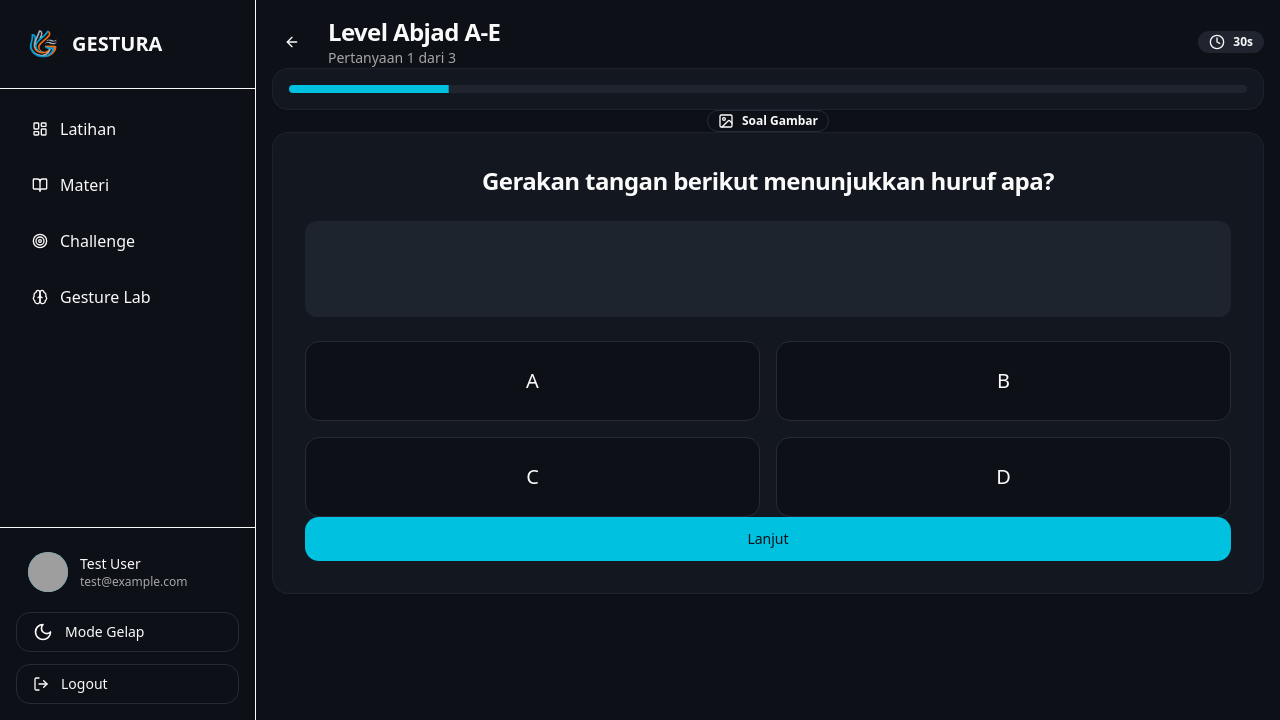
Repository: Tisna7/GESTURA
Page: http://localhost/latihan-isi-1
An editor plug-in stored every save of this project. The page is shown before and after the next save, followed by the edit.
The browser window is 1280 px wide. The pictures show the whole page.
Pictures or frames that could not be fetched are drawn as grey boxes. The page is served by the project's Laravel application, run on PHP 8.4 with Laravel 12. A made-up administrator, Test User (test@example.com), is signed in. Other server files are loaded and not shown. Style sheets and scripts are compiled from the project's sources, by tool versions that may differ from the author's.

Above is the page before, as saved 2025-11-23 21:43:21.

### app/Providers/AppServiceProvider.php
<?php

namespace App\Providers;

use Illuminate\Support\ServiceProvider;

class AppServiceProvider extends ServiceProvider
{
    /**
     * Register any application services.
     */
    public function register(): void
    {

    }

    /**
     * Bootstrap any application services.
     */
    public function boot(): void
    {

    }
}

### routes/web.php
<?php

use Illuminate\Support\Facades\Route;
use App\Http\Controllers\AuthController;
use App\Http\Controllers\ProfileController;

Route::get('/', function () {
    return view('landingpage');
});

Route::get('/auth', [AuthController::class, 'showPage'])->name('auth.page');

// Route::post('/register', [AuthController::class, 'register'])->name('register');

// Route::post('/login', [AuthController::class, 'login'])->name('login');
// Route::post('/logout', [AuthController::class, 'logout'])->name('logout');


// REGISTER
Route::post('/register', [AuthController::class, 'register'])->name('auth.register');

// LOGIN
Route::post('/login', [AuthController::class, 'login'])->name('auth.login');

// LOGIN GUEST
Route::get('/login/guest', [AuthController::class, 'loginGuest'])->name('auth.guest');

// LOGOUT
Route::get('/logout', [AuthController::class, 'logout'])->name('auth.logout');


Route::get('/profile/edit', [ProfileController::class, 'edit'])->name('profile.edit');
Route::put('/profile/update', [ProfileController::class, 'update'])->name('profile.update');


Route::get('/profile', function () {
    return view('user.profile');
});
Route::get('/materi', function () {
    return view('user.materi');
});
Route::get('/gesturelab', function () {
    return view('user.gesture-lab-practice');
});
Route::get('/gesture-lab-translate', function () {
    return view('user.gesture-lab-translate');
});
Route::get('/materi-isi', function () {
    return view('user.materi-isi');
});
Route::get('/latihan', function () {
    return view('user.quiz');
});
Route::get('/latihan-isi-1', function () {
    return view('user.quiz-isi-1');
});
Route::get('/latihan-isi-2', function () {
    return view('user.quiz-isi-2');
});
Route::get('/latihan-isi-3', function () {
    return view('user.quiz-isi-3');
});
Route::get('/latihan-isi-4', function () {
    return view('user.quiz-isi-4');
});
Route::get('/Challenge', function () {
    return view('user.challenge');
});
Route::get('/Challenge-isi', function () {
    return view('user.challenge-isi');
});

### resources/views/user/quiz-isi-1.blade.php
@extends('app')
@section('title', 'Dashboard')

@section('content')
        <x-sidebar-user></x-sidebar-user>

<main class="lg:ml-64 min-h-screen pt-16 lg:pt-0">
    <div class="p-4 md:p-8">
        <div class="flex items-center justify-between">
            <div class="flex items-center gap-4"><button
                    class="inline-flex items-center justify-center gap-2 whitespace-nowrap rounded-md text-sm font-medium ring-offset-background transition-colors focus-visible:outline-none focus-visible:ring-2 focus-visible:ring-ring focus-visible:ring-offset-2 disabled:pointer-events-none disabled:opacity-50 [&amp;_svg]:pointer-events-none [&amp;_svg]:size-4 [&amp;_svg]:shrink-0 hover:bg-accent hover:text-accent-foreground h-10 w-10"><svg
                        xmlns="http://www.w3.org/2000/svg" width="24" height="24" viewBox="0 0 24 24" fill="none"
                        stroke="currentColor" stroke-width="2" stroke-linecap="round" stroke-linejoin="round"
                        class="lucide lucide-arrow-left h-5 w-5">
                        <path d="m12 19-7-7 7-7"></path>
                        <path d="M19 12H5"></path>
                    </svg></button>
                <div>
                    <h1 class="text-2xl font-bold">Level Abjad A-E</h1>
                    <p class="text-sm text-muted-foreground">Pertanyaan 1 dari 3</p>
                </div>
            </div>
            <div
                class="inline-flex items-center rounded-full border px-2.5 py-0.5 text-xs font-semibold transition-colors focus:outline-none focus:ring-2 focus:ring-ring focus:ring-offset-2 border-transparent bg-secondary text-secondary-foreground hover:bg-secondary/80 gap-2">
                <svg xmlns="http://www.w3.org/2000/svg" width="24" height="24" viewBox="0 0 24 24" fill="none"
                    stroke="currentColor" stroke-width="2" stroke-linecap="round" stroke-linejoin="round"
                    class="lucide lucide-clock h-4 w-4">
                    <circle cx="12" cy="12" r="10"></circle>
                    <polyline points="12 6 12 12 16 14"></polyline>
                </svg>30s</div>
        </div>
        <div class="rounded-lg border text-card-foreground shadow-sm p-4 bg-card border-border/50">
            <div aria-valuemax="100" aria-valuemin="0" role="progressbar" data-state="indeterminate" data-max="100"
                class="relative w-full overflow-hidden rounded-full bg-secondary h-2">
                <div data-state="indeterminate" data-max="100" class="h-full w-full flex-1 bg-primary transition-all"
                    style="transform: translateX(-83.3333%);"></div>
            </div>
        </div>
        <div class="flex justify-center">
            <div
                class="inline-flex items-center rounded-full border px-2.5 py-0.5 text-xs font-semibold transition-colors focus:outline-none focus:ring-2 focus:ring-ring focus:ring-offset-2 text-foreground gap-2">
                <svg xmlns="http://www.w3.org/2000/svg" width="24" height="24" viewBox="0 0 24 24" fill="none"
                    stroke="currentColor" stroke-width="2" stroke-linecap="round" stroke-linejoin="round"
                    class="lucide lucide-image h-4 w-4">
                    <rect width="18" height="18" x="3" y="3" rx="2" ry="2"></rect>
                    <circle cx="9" cy="9" r="2"></circle>
                    <path d="m21 15-3.086-3.086a2 2 0 0 0-2.828 0L6 21"></path>
                </svg>Soal Gambar</div>
        </div>
        <div class="rounded-lg border text-card-foreground shadow-sm p-8 bg-card border-border/50">
            <div class="space-y-6">
                <h2 class="text-2xl font-bold text-center">Gerakan tangan berikut menunjukkan huruf apa?</h2>
                <div class="bg-muted/50 rounded-xl p-12 flex items-center justify-center">
                    <div class="text-9xl"><img src="{{ asset('image/A.png') }}" alt=""></div>
                </div>


                <div class="grid grid-cols-2 gap-4">
    <button type="button"
        class="answer-btn inline-flex items-center justify-center gap-2 whitespace-nowrap font-medium border border-input bg-background hover:bg-accent hover:text-accent-foreground rounded-md px-8 h-20 text-xl"
        data-answer="A">
        A
    </button>

    <button type="button"
        class="answer-btn inline-flex items-center justify-center gap-2 whitespace-nowrap font-medium border border-input bg-background hover:bg-accent hover:text-accent-foreground rounded-md px-8 h-20 text-xl"
        data-answer="B">
        B
    </button>

    <button type="button"
        class="answer-btn inline-flex items-center justify-center gap-2 whitespace-nowrap font-medium border border-input bg-background hover:bg-accent hover:text-accent-foreground rounded-md px-8 h-20 text-xl"
        data-answer="C">
        C
    </button>

    <button type="button"
        class="answer-btn inline-flex items-center justify-center gap-2 whitespace-nowrap font-medium border border-input bg-background hover:bg-accent hover:text-accent-foreground rounded-md px-8 h-20 text-xl"
        data-answer="D">
        D
    </button>
</div>



                <a href="/latihan-isi-2"><button class="inline-flex items-center justify-center gap-2 whitespace-nowrap text-sm font-medium ring-offset-background transition-colors focus-visible:outline-none focus-visible:ring-2 focus-visible:ring-ring focus-visible:ring-offset-2 disabled:pointer-events-none disabled:opacity-50 [&amp;_svg]:pointer-events-none [&amp;_svg]:size-4 [&amp;_svg]:shrink-0 bg-primary text-primary-foreground hover:bg-primary/90 h-11 rounded-md px-8 w-full hover-glow">Lanjut</button>
            </a>
        </div>
        </div>
    </div>
</main>

<script>
document.querySelectorAll('.answer-btn').forEach(btn => {
    btn.addEventListener('click', () => {

        // Reset semua tombol
        document.querySelectorAll('.answer-btn').forEach(b => {
            b.classList.remove('bg-primary', 'text-black', 'border-primary');
            b.classList.add('bg-background', 'border-input');
        });

        // Aktifkan tombol yang dipilih
        btn.classList.add('bg-primary', 'text-black', 'border-primary');
        btn.classList.remove('bg-background', 'border-input');
    });
});
</script>

@endsection

### resources/views/components/sidebar-user.blade.php
@php
    use Illuminate\Support\Facades\Auth;
@endphp



<aside
    class="fixed top-0 left-0 h-full bg-sidebar border-r border-sidebar-border shadow-medium z-40 transition-transform duration-300 -translate-x-full lg:translate-x-0 w-64">
    <div class="flex flex-col h-full">

        {{-- LOGO --}}
        <div class="lg:flex items-center gap-2 p-6 border-b border-sidebar-border">
            <div class="w-10 h-10 rounded-full bg-gradient-hero flex items-center justify-center shadow-soft">
                <img src="{{ asset('image/logo.png') }}" alt="MindCare Logo" class="w-8 h-8">
            </div>
            <div>
                <span class="text-xl font-bold bg-gradient-to-r from-primary to-accent bg-clip-text  block">
                    GESTURA
                </span>
            </div>
        </div>

        {{-- MENU --}}
        <nav class="flex-1 p-4 space-y-2 overflow-y-auto mt-10 lg:mt-0 ">

            {{-- Latihan --}}
            <a class="{{ request()->is('latihan') ? 'bg-sidebar-accent text-sidebar-accent-foreground font-medium shadow-soft'
                : 'text-sidebar-foreground hover:bg-sidebar-accent/50' }}
                flex items-center gap-3 px-4 py-3 rounded-xl transition-smooth"
                href="/latihan">

                <svg xmlns="http://www.w3.org/2000/svg" viewBox="0 0 24 24"
                    fill="none" stroke="currentColor" stroke-width="2"
                    stroke-linecap="round" stroke-linejoin="round"
                    class="lucide lucide-layout-dashboard w-4 h-4">
                    <rect width="7" height="9" x="3" y="3" rx="1"></rect>
                    <rect width="7" height="5" x="14" y="3" rx="1"></rect>
                    <rect width="7" height="9" x="14" y="12" rx="1"></rect>
                    <rect width="7" height="5" x="3" y="16" rx="1"></rect>
                </svg>

                <span>Latihan</span>
            </a>

            {{-- Materi --}}
            <a class="{{ request()->is('materi') ? 'bg-sidebar-accent text-sidebar-accent-foreground font-medium shadow-soft'
                : 'text-sidebar-foreground hover:bg-sidebar-accent/50' }}
                flex items-center gap-3 px-4 py-3 rounded-xl transition-smooth"
                href="/materi">

                <svg xmlns="http://www.w3.org/2000/svg" viewBox="0 0 24 24"
                    fill="none" stroke="currentColor" stroke-width="2"
                    stroke-linecap="round" stroke-linejoin="round"
                    class="lucide lucide-book-open w-4 h-4">
                    <path d="M12 7v14"></path>
                    <path
                        d="M3 18a1 1 0 0 1-1-1V4a1 1 0 0 1 1-1h5a4 4 0 0 1 4 4 4 4 0 0 1 4-4h5a1 1 0 0 1 1 1v13a1 1 0 0 1-1 1h-6a3 3 0 0 0-3 3 3 3 0 0 0-3-3z">
                    </path>
                </svg>

                <span>Materi</span>
            </a>

            {{-- Challenge --}}
            <a class="{{ request()->is('Challenge') ? 'bg-sidebar-accent text-sidebar-accent-foreground font-medium shadow-soft'
                : 'text-sidebar-foreground hover:bg-sidebar-accent/50' }}
                flex items-center gap-3 px-4 py-3 rounded-xl transition-smooth"
                href="/Challenge">

                <svg xmlns="http://www.w3.org/2000/svg" viewBox="0 0 24 24"
                    fill="none" stroke="currentColor" stroke-width="2"
                    stroke-linecap="round" stroke-linejoin="round"
                    class="lucide lucide-target w-4 h-4">
                    <circle cx="12" cy="12" r="10"></circle>
                    <circle cx="12" cy="12" r="6"></circle>
                    <circle cx="12" cy="12" r="2"></circle>
                </svg>

                <span>Challenge</span>
            </a>

            {{-- Gesture Lab --}}
            <a class="{{ request()->is('gesturelab') ? 'bg-sidebar-accent text-sidebar-accent-foreground font-medium shadow-soft'
                : 'text-sidebar-foreground hover:bg-sidebar-accent/50' }}
                flex items-center gap-3 px-4 py-3 rounded-xl transition-smooth"
                href="/gesturelab">

                <svg xmlns="http://www.w3.org/2000/svg" viewBox="0 0 24 24"
                    fill="none" stroke="currentColor" stroke-width="2"
                    stroke-linecap="round" stroke-linejoin="round"
                    class="lucide lucide-brain w-4 h-4">

                    <path d="M12 5a3 3 0 1 0-5.997.125 4 4 0 0 0-2.526 5.77 4 4 0 0 0 .556 6.588A4 4 0 1 0 12 18Z"></path>
                    <path d="M12 5a3 3 0 1 1 5.997.125 4 4 0 0 1 2.526 5.77 4 4 0 0 1-.556 6.588A4 4 0 1 1 12 18Z"></path>
                    <path d="M15 13a4.5 4.5 0 0 1-3-4 4.5 4.5 0 0 1-3 4"></path>

                </svg>

                <span>Gesture Lab</span>
            </a>
        </nav>

        {{-- BOTTOM SECTION --}}
        <div class="p-4 border-t border-sidebar-border space-y-3">

            {{-- User Button --}}
            <button
                class="w-full flex items-center gap-3 px-3 py-2 rounded-xl hover:bg-sidebar-accent transition-smooth"
                type="button">
                <span class="relative flex items-center justify-center shrink-0 overflow-hidden rounded-full w-10 h-10 bg-primary"><img class="h-full w-full object-cover"
        src="https://api.dicebear.com/7.x/avataaars/svg?seed={{ Auth::user()->profile_image }}"></span>
                <div class="flex-1 text-left">
                    <p class="text-sm font-medium text-sidebar-foreground">{{ Auth::user()->name }}</p>
                    <p class="text-xs text-muted-foreground">{{ Auth::user()->email }}</p>
                </div>
            </button>

            {{-- Mode Gelap --}}
            <button
                class="inline-flex items-center whitespace-nowrap rounded-md text-sm font-medium border border-input bg-background hover:bg-accent hover:text-accent-foreground h-10 px-4 py-2 w-full justify-start gap-3 hover:bg-accent transition-smooth">
                <svg xmlns="http://www.w3.org/2000/svg" viewBox="0 0 24 24"
                    fill="none" stroke="currentColor" stroke-width="2"
                    stroke-linecap="round" stroke-linejoin="round"
                    class="lucide lucide-moon w-4 h-4">
                    <path d="M12 3a6 6 0 0 0 9 9 9 9 0 1 1-9-9Z"></path>
                </svg>
                <span>Mode Gelap</span>
            </button>

            {{-- Logout --}}
            <form action="" method="POST">
                @csrf
                <button type="submit"
                    class="inline-flex items-center whitespace-nowrap rounded-md text-sm font-medium border border-input bg-background hover:bg-accent hover:text-accent-foreground h-10 px-4 py-2 w-full justify-start gap-3">

                    <svg xmlns="http://www.w3.org/2000/svg" viewBox="0 0 24 24"
                        fill="none" stroke="currentColor" stroke-width="2"
                        stroke-linecap="round" stroke-linejoin="round"
                        class="lucide lucide-log-out w-4 h-4">
                        <path d="M9 21H5a2 2 0 0 1-2-2V5a2 2 0 0 1 2-2h4"></path>
                        <polyline points="16 17 21 12 16 7"></polyline>
                        <line x1="21" x2="9" y1="12" y2="12"></line>
                    </svg>

                    <span>Logout</span>
                </button>
            </form>

        </div>
    </div>
</aside>




<script>
    const html = document.documentElement;
    const toggleDark = document.querySelector('.hover\\:bg-accent'); // tombol "Mode Gelap"
    const icon = toggleDark.querySelector('svg');
    const label = toggleDark.querySelector('span');

    // Cek tema yang tersimpan
    const storedTheme = localStorage.getItem("theme");
    const systemPrefersDark = window.matchMedia("(prefers-color-scheme: dark)").matches;

    // Fungsi ubah tema
    function setTheme(dark) {
        if (dark) {
            html.classList.add("dark");
            localStorage.setItem("theme", "dark");
            label.textContent = "Mode Terang";
            icon.outerHTML = `
        <svg xmlns="http://www.w3.org/2000/svg" width="24" height="24"
          viewBox="0 0 24 24" fill="none" stroke="currentColor"
          stroke-width="2" stroke-linecap="round" stroke-linejoin="round"
          class="lucide lucide-sun w-5 h-5">
          <circle cx="12" cy="12" r="4"></circle>
          <path d="M12 2v2"></path>
          <path d="M12 20v2"></path>
          <path d="m4.93 4.93 1.41 1.41"></path>
          <path d="m17.66 17.66 1.41 1.41"></path>
          <path d="M2 12h2"></path>
          <path d="M20 12h2"></path>
          <path d="m6.34 17.66-1.41 1.41"></path>
          <path d="m19.07 4.93-1.41 1.41"></path>
        </svg>`;
        } else {
            html.classList.remove("dark");
            localStorage.setItem("theme", "light");
            label.textContent = "Mode Gelap";
            icon.outerHTML = `
        <svg xmlns="http://www.w3.org/2000/svg" width="24" height="24"
          viewBox="0 0 24 24" fill="none" stroke="currentColor"
          stroke-width="2" stroke-linecap="round" stroke-linejoin="round"
          class="lucide lucide-moon w-5 h-5">
          <path d="M12 3a6 6 0 0 0 9 9 9 9 0 1 1-9-9Z"></path>
        </svg>`;
        }
    }

    // Terapkan tema saat load pertama
    setTheme(storedTheme === "dark" || (!storedTheme && systemPrefersDark));

    // Tambahkan event listener untuk toggle
    toggleDark.addEventListener("click", () => {
        setTheme(!html.classList.contains("dark"));
    });
</script>

### resources/views/app.blade.php
<!DOCTYPE html>
<html lang="id">
<head>
  <meta charset="UTF-8">
  <meta name="viewport" content="width=device-width, initial-scale=1.0">
  <meta name="csrf-token" content="{{ csrf_token() }}">
  <link rel="icon" type="image/png" href="{{ asset('images/logo.png') }}">
  <title>@yield('title', 'GESTURA')</title>

  <!-- Tailwind CSS -->
  {{-- @vite('public/build/app-Lz3KVd0D.css') --}}
  {{-- <!-- @vite('resources/css/app.css') --> --}}
   {{-- <!-- @vite('public/build/assets/app-TBPMHXQo.css') --> --}}

  @vite(['resources/css/app.css', 'resources/css/theme.css'])

  <script defer src="https://cdn.jsdelivr.net/npm/alpinejs@3.x.x/dist/cdn.min.js"></script>

</head>
<body>
  @yield('content')
</body>
</html>

### resources/css/app.css
@import 'tailwindcss';
@import "./theme.css";

@source '../../vendor/laravel/framework/src/Illuminate/Pagination/resources/views/*.blade.php';
@source '../../storage/framework/views/*.php';
@source '../**/*.blade.php';
@source '../**/*.js';

@theme {
    --font-sans: 'Instrument Sans', ui-sans-serif, system-ui, sans-serif, 'Apple Color Emoji', 'Segoe UI Emoji',
        'Segoe UI Symbol', 'Noto Color Emoji';

    --color-background: #ffabcc;
}

Loaded but not shown: app/Models/User.php (common file); resources/css/theme.css (library)

After the next save:
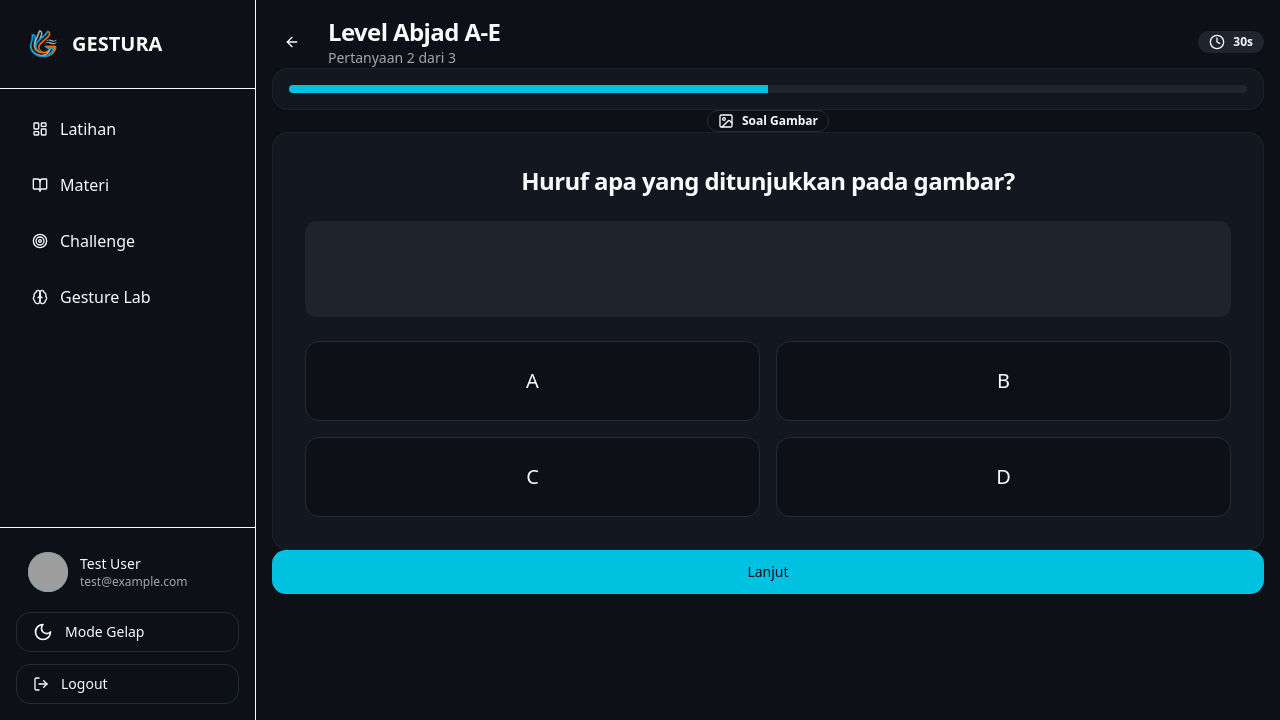
Saved 20 s later.
--- a/resources/views/user/quiz-isi-1.blade.php
+++ b/resources/views/user/quiz-isi-1.blade.php
@@ -17,7 +17,7 @@
                     </svg></button>
                 <div>
                     <h1 class="text-2xl font-bold">Level Abjad A-E</h1>
-                    <p class="text-sm text-muted-foreground">Pertanyaan 1 dari 3</p>
+                    <p class="text-sm text-muted-foreground">Pertanyaan 2 dari 3</p>
                 </div>
             </div>
             <div
@@ -33,7 +33,7 @@
             <div aria-valuemax="100" aria-valuemin="0" role="progressbar" data-state="indeterminate" data-max="100"
                 class="relative w-full overflow-hidden rounded-full bg-secondary h-2">
                 <div data-state="indeterminate" data-max="100" class="h-full w-full flex-1 bg-primary transition-all"
-                    style="transform: translateX(-83.3333%);"></div>
+                    style="transform: translateX(-50%);"></div>
             </div>
         </div>
         <div class="flex justify-center">
@@ -49,12 +49,10 @@
         </div>
         <div class="rounded-lg border text-card-foreground shadow-sm p-8 bg-card border-border/50">
             <div class="space-y-6">
-                <h2 class="text-2xl font-bold text-center">Gerakan tangan berikut menunjukkan huruf apa?</h2>
+                <h2 class="text-2xl font-bold text-center">Huruf apa yang ditunjukkan pada gambar?</h2>
                 <div class="bg-muted/50 rounded-xl p-12 flex items-center justify-center">
-                    <div class="text-9xl"><img src="{{ asset('image/A.png') }}" alt=""></div>
+                    <div class="text-9xl"><img src="{{ asset('image/B.png') }}" alt=""></div>
                 </div>
-
-
                 <div class="grid grid-cols-2 gap-4">
     <button type="button"
         class="answer-btn inline-flex items-center justify-center gap-2 whitespace-nowrap font-medium border border-input bg-background hover:bg-accent hover:text-accent-foreground rounded-md px-8 h-20 text-xl"
@@ -80,16 +78,12 @@
         D
     </button>
 </div>
-
-
-
-                <a href="/latihan-isi-2"><button class="inline-flex items-center justify-center gap-2 whitespace-nowrap text-sm font-medium ring-offset-background transition-colors focus-visible:outline-none focus-visible:ring-2 focus-visible:ring-ring focus-visible:ring-offset-2 disabled:pointer-events-none disabled:opacity-50 [&amp;_svg]:pointer-events-none [&amp;_svg]:size-4 [&amp;_svg]:shrink-0 bg-primary text-primary-foreground hover:bg-primary/90 h-11 rounded-md px-8 w-full hover-glow">Lanjut</button>
-            </a>
+            </div>
         </div>
-        </div>
-    </div>
+        <a href=""><button
+            class="inline-flex items-center justify-center gap-2 whitespace-nowrap text-sm font-medium ring-offset-background transition-colors focus-visible:outline-none focus-visible:ring-2 focus-visible:ring-ring focus-visible:ring-offset-2 disabled:pointer-events-none disabled:opacity-50 [&amp;_svg]:pointer-events-none [&amp;_svg]:size-4 [&amp;_svg]:shrink-0 bg-primary text-primary-foreground hover:bg-primary/90 h-11 rounded-md px-8 w-full hover-glow">Lanjut</button>
+    </div></a>
 </main>
-
 <script>
 document.querySelectorAll('.answer-btn').forEach(btn => {
     btn.addEventListener('click', () => {
